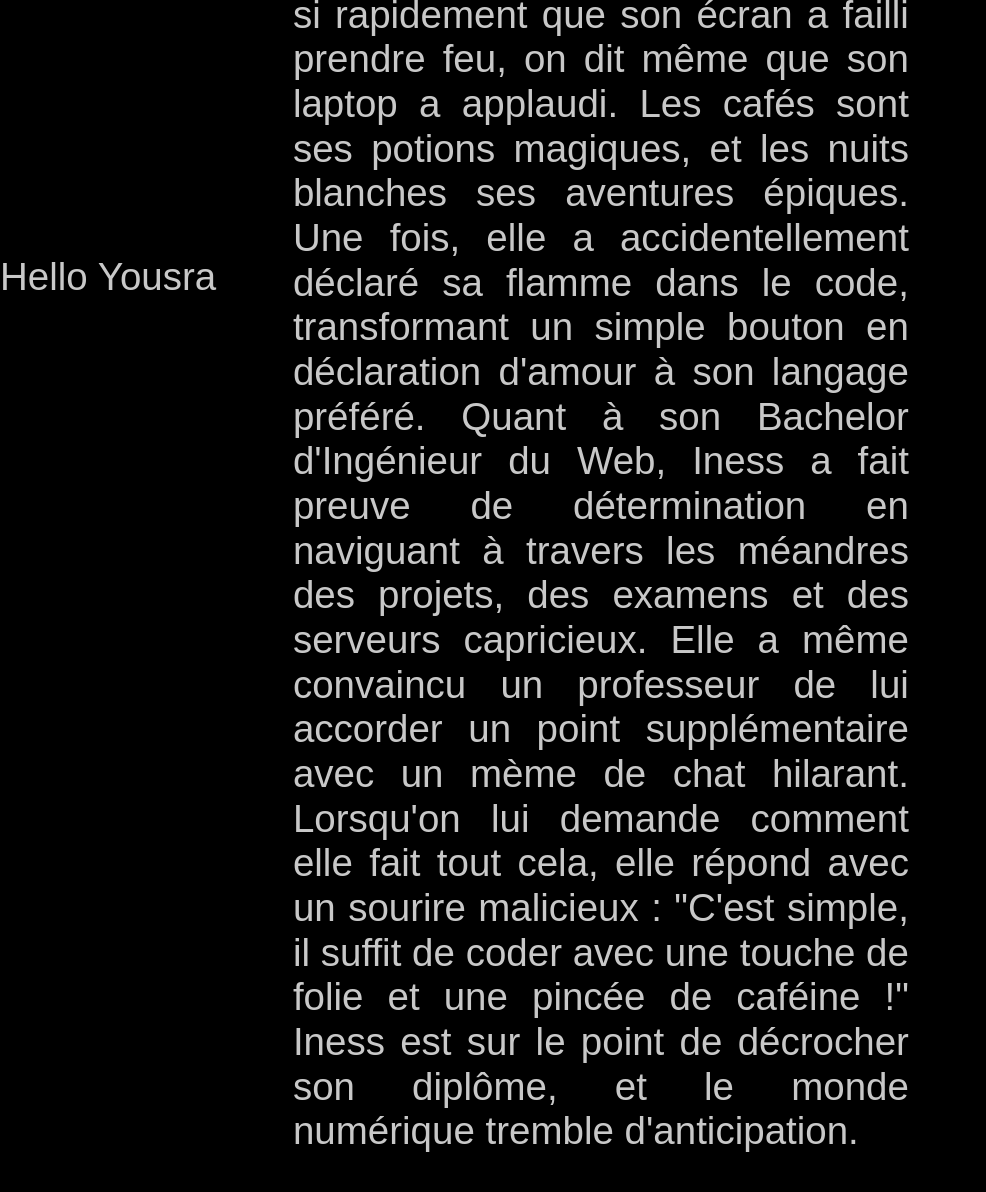
Repository: inessben/application
Page: index.html
These files come from the project's save history. The page is drawn as it stood at one moment and after the next save; the edit follows.
The browser window is 1280 px wide. The pictures show the whole page, at 77% of full size.

Above is the page before, as saved 2023-12-03 19:46:33.

### index.html
<!DOCTYPE html>
<html lang="en">
<head>
    <meta charset="UTF-8">
    <meta name="viewport" content="width=device-width, initial-scale=1.0">
    <!-- generate the icon -->
    <link rel="apple-touch-icon" sizes="180x180" href="/favicon/apple-touch-icon.png">
    <link rel="icon" type="image/png" sizes="32x32" href="/favicon/favicon-32x32.png">
    <link rel="icon" type="image/png" sizes="16x16" href="/favicon/favicon-16x16.png">
    <link rel="manifest" href="/favicon/site.webmanifest">
    <link rel="mask-icon" href="/favicon/safari-pinned-tab.svg" color="#5bbad5">
    <meta name="msapplication-TileColor" content="#da532c">
    <!--  -->
    <meta name="theme-color" content="#333333">
    <title>#slowlyApplication</title>
    <link rel="stylesheet" href="index.css">
</head>
<body>

    <header

    <section id="interactive-section">
    <p id="text-content">Hello Yousra</p>
    </section>

    <section class="content" id="main-content">
        <h1>Les Aventures Webtastiques d'Iness</h1>
        <p>Dans les méandres du code et des câbles, Iness, étudiante en troisième année de développement web, se fraye un chemin éclairé par le clavier lumineux de son laptop. Entre deux lignes de code, elle jongle avec les défis du monde digital comme un chef d'orchestre virtuel. Un jour, elle a résolu un bug si rapidement que son écran a failli prendre feu, on dit même que son laptop a applaudi. Les cafés sont ses potions magiques, et les nuits blanches ses aventures épiques. Une fois, elle a accidentellement déclaré sa flamme dans le code, transformant un simple bouton en déclaration d'amour à son langage préféré.
        Quant à son Bachelor d'Ingénieur du Web, Iness a fait preuve de détermination en naviguant à travers les méandres des projets, des examens et des serveurs capricieux. Elle a même convaincu un professeur de lui accorder un point supplémentaire avec un mème de chat hilarant. Lorsqu'on lui demande comment elle fait tout cela, elle répond avec un sourire malicieux : "C'est simple, il suffit de coder avec une touche de folie et une pincée de caféine !" Iness est sur le point de décrocher son diplôme, et le monde numérique tremble d'anticipation.</p>
    </section>

    <script src="script.js"></script>
</body>
</html>

### index.css
html {
    scroll-behavior: smooth;
    }

body {
    margin: 0;
    overflow: hidden;
    font-family: 'Arial', sans-serif;
    background-color: #000000;
    color: #c8c8c8;
    margin: 0;
    padding: 0;
    }

#interactive-section {
    height: 100vh;
    font-size: 50px;
    display: flex;
    align-items: center;
    justify-content: center;
    background-color: #000000;
    transition: opacity 0.5s ease-in-out;
    }

#main-content {
    max-width: 800px;
    margin: 20px auto;
    text-align: justify;
    padding: 0 20px;
    opacity: 0;
    visibility: hidden;
    transition: opacity 0.5s ease-in-out;

    }
#interactive-section.show-main-content {
    opacity: 0;
    pointer-events: none;
}

#main-content {
    opacity: 1;
    visibility: visible;
}

#main-content.display {
    opacity: 1;
  }

### script.js
const textContent = document.getElementById('text-content');
const interactiveSection = document.getElementById('interactive-section');
const mainContent = document.getElementById('main-content');
// const h1Element = document.querySelector('#main-content h1');
// const pElement = document.querySelector('#main-content p');

document.addEventListener('keydown', function (event) {
  if (event.code === 'Space') {
    switch (textContent.innerText) {
      case 'Hello Yousra':
        textContent.innerText = 'Hello Yasmine';
        break;
      case 'Hello Yasmine':
        textContent.innerText = 'Hello Chi Khanh';
        break;
      case 'Hello Chi Khanh':
        textContent.innerText = '...Or anyone else from the team';
        break;
      case '...Or anyone else from the team':
        textContent.innerText = 'Let me present you...';
        break;
      default:
        console.log('mainContent')
        interactiveSection.style.opacity = '0';
        interactiveSection.style.pointerEvents = 'none';
        mainContent.style.opacity = '1';

        // Ajout de la transition d'opacité pour h1 et p
        // Décommentez ces lignes si vous prévoyez d'utiliser h1Element et pElement
        // h1Element.style.opacity = '1';
        // setTimeout(() => {
        //   pElement.style.opacity = '1';
        // }, 300);
        break;
    }

    // Ajoutez une classe pour forcer l'affichage de #main-content
    mainContent.classList.add('display');

    // Rendre le nouveau contenu visible après une courte pause
    setTimeout(() => {
      mainContent.style.opacity = '1';
    }, 800); // 800ms correspond à la durée de la transition dans le style de texte
  }
});

After the next save:
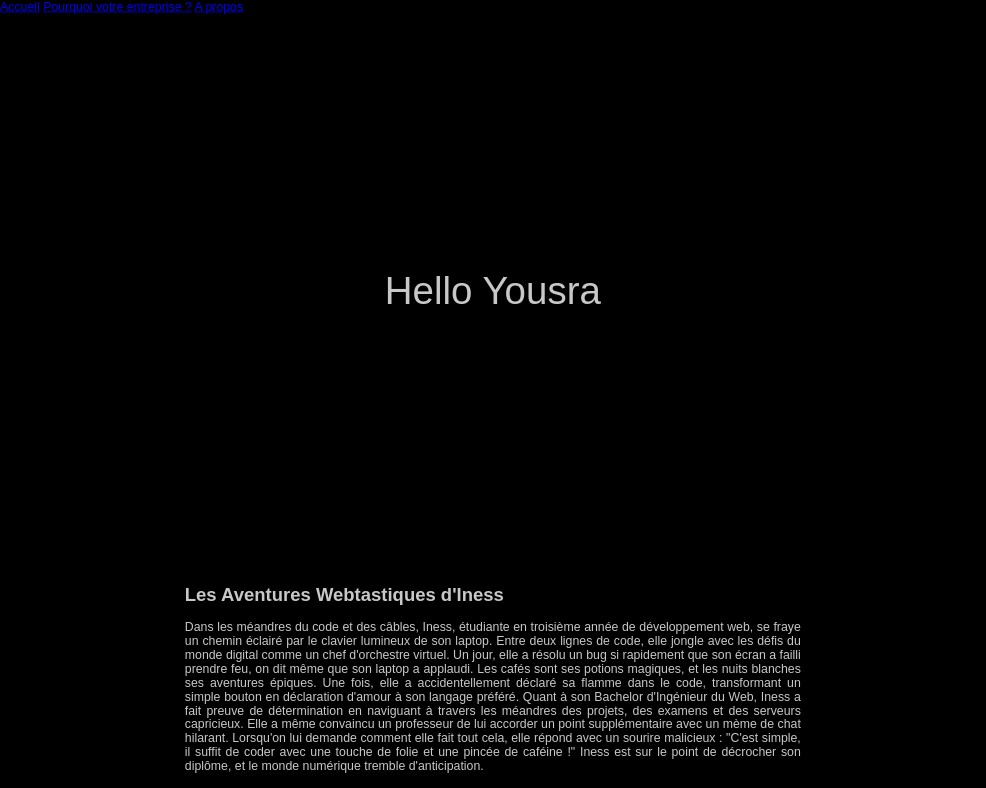
Saved 2 min 21 s later.
--- a/index.html
+++ b/index.html
@@ -17,7 +17,13 @@
 </head>
 <body>
 
-    <header
+    <section id="nav-header">
+        <header class="nav-links">
+            <a href="./index.html" class="link">Accueil</a>
+            <a href="./company/company.html" class="link">Pourquoi votre entreprise ?</a>
+            <a href="./about/about.html" class="link">A propos</a>
+        </header>
+    </section>
 
     <section id="interactive-section">
     <p id="text-content">Hello Yousra</p>
